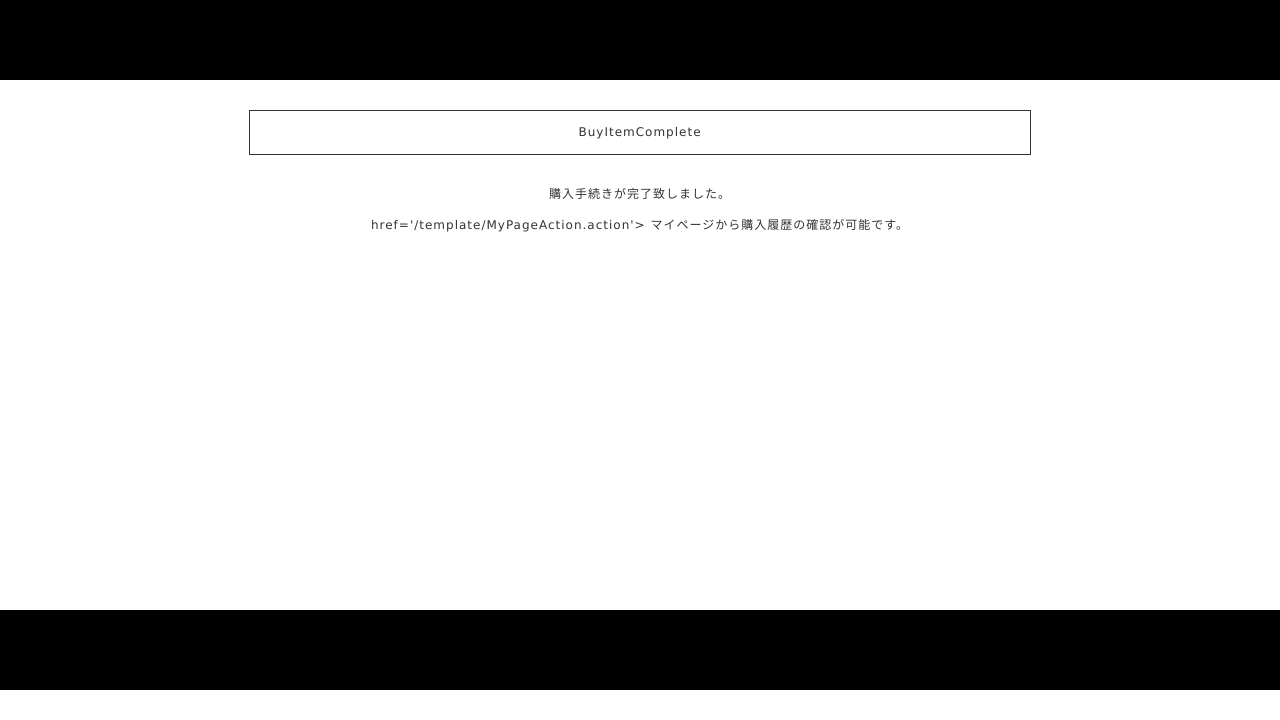
Repository: manchesterunited0128/test
Page: http://localhost/template/buyItemComplete.jsp
The author's editor kept a copy of each file at every save. The page is drawn from the files as they stood at one save, then again after the next save.
The browser window is 1280 px wide. The pictures show the whole page.
The page is served by Tomcat 9. Other server files are loaded and not shown.

Above is the page before, as saved 2019-09-25 08:41:13.

### template/WebContent/buyItemComplete.jsp
<%@ page language="java" contentType="text/html; charset=UTF-8"
    pageEncoding="UTF-8"%>
    <%@ taglib prefix="s" uri="/struts-tags" %>
<!DOCTYPE html PUBLIC "-//W3C//DTD HTML 4.01 Transitional//EN" "http://www.w3.org/TR/html4/loose.dtd">
<html>
<head>
<meta http-equiv="Content-Type" content="text/html; charset=UTF-8">
<link rel="stylesheet" type="text/css" href="./css/style.css">
<title>BuyItemComplete画面</title>
</head>
<body>
	<div id="header">
	</div>
	<div id="main">
		<div id="top">
			<p>BuyItemComplete</p>
		</div>
		<div>
			<p>購入手続きが完了致しました。</p>
			<div>
				<a> href='<s:url action="MyPageAction"/>'>
				マイページ</a><span>から購入履歴の確認が可能です。</span>
			</div>
		</div>
	</div>
	<div id="footer">
	</div>
</body>
</html>

### template/WebContent/css/style.css
body{
	margin:0;
	padding:0;
	line-height:1.6;
	letter-spacing:1px;
	font-family:Verdana,Helvetica,sans-serif;
	font-size:12px;
	color:#333;
	background:fff;
}
table{
	text-align:center;
	margin:0 auto;
}

#top{
	width:780px;
	margin:30px auto;
	border:1px solid #333;
}

#header{
	width:100%;
	height:80px;
	background-color:black;
}

#main{
	width:100%;
	height:500px;
	text-align:center;
}

#footer{
	width:100%;
	height:80px;
	background-color:black;
	clear:both;
}

After the next save:
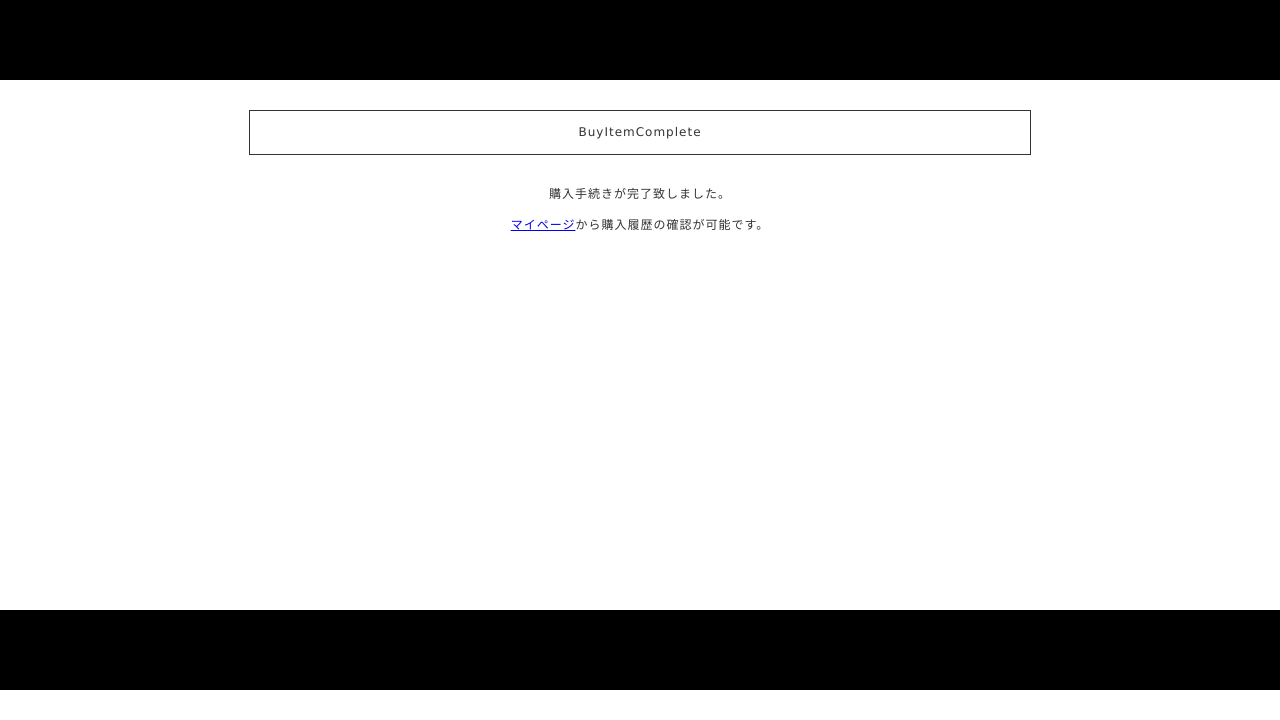
Saved 2 min 1 s later.
--- a/template/WebContent/buyItemComplete.jsp
+++ b/template/WebContent/buyItemComplete.jsp
@@ -18,7 +18,7 @@
 		<div>
 			<p>購入手続きが完了致しました。</p>
 			<div>
-				<a> href='<s:url action="MyPageAction"/>'>
+				<a href='<s:url action="MyPageAction"/>'>
 				マイページ</a><span>から購入履歴の確認が可能です。</span>
 			</div>
 		</div>
